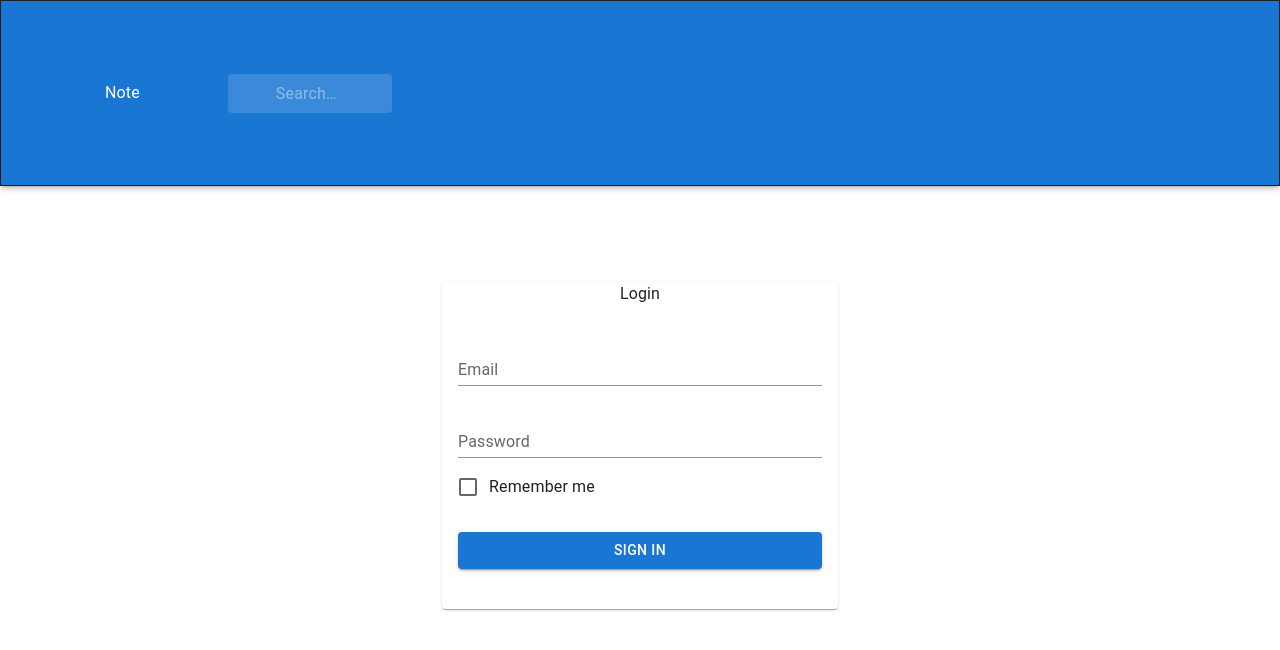
Repository: NGHIAVN1/Note
Page: /
An editor plug-in stored every save of this project. The page is shown before and after a run of saves, followed by the edit.
The browser window is 1280 px wide. The pictures show the whole page.
The project was rebuilt for these pictures with package versions that can differ from the ones it lists, and the page was loaded fresh each time. Also part of the build but not shown: vite.config.js, src/Register.jsx, src/Pet.jsx, src/useBreedList.jsx, src/SearchParams.jsx.

Above is the page before, as saved 2024-03-20 10:43:19.

### src/index.html
<!DOCTYPE html>
<html lang="en">

<head>
  <meta charset="UTF-8">
  <meta name="viewport" content="width=device-width, initial-scale=1.0">
  <meta http-equiv="X-UA-Compatible" content="ie=edge">
  <title>Adopt Me</title>
</head>

<body>
  <div id="root">not rendered</div>
  <script type="module" src="./App.jsx">
    // Your code is going to go here

  </script>
</body>

</html>

### src/App.jsx
import React, { StrictMode } from "react";
import "./Register";
import "./LoginPages";
import "./SearchParams";
import { createRoot } from "react-dom/client";
import SearchParams from "./SearchParams";
import RegisterUser from "./Register";
import LoginPage from "./LoginPages";
import Home from "./Home";

const App = () => {
  return (
    <div>
      <StrictMode>
        <Home />
        <LoginPage />
      </StrictMode>
    </div>
  );
};

const container = document.getElementById("root");
const root = createRoot(container);
root.render(
  <StrictMode>
    <App />
  </StrictMode>
);

### src/LoginPages.jsx
import {
  CardContent,
  CardHeader,
  CssBaseline,
  TextField,
  Typography,
} from "@mui/material";
import Container from "@mui/material/Container";
import Card from "@mui/material/Card";
import { dark } from "@mui/material/styles/createPalette";
import Box from "@mui/material/Box";
import FormControlLabel from "@mui/material/FormControlLabel";
import Button from "@mui/material/Button";
import Checkbox from "@mui/material/Checkbox";
import Grid from "@mui/material/Grid";
// const defaultTheme = createTheme();
const LoginPage = () => {
  return (
    <div>
      <Container component="main" maxWidth="xs">
        <CssBaseline />
        <Box
          sx={{
            marginTop: 8,
            display: "flex",
            flexDirection: "column",
            alignItems: "center",
          }}
        >
          <Card
            sx={{
              marginTop: 4,
              display: "flex",
              flexDirection: "column",
              alignItems: "center",
            }}
          >
            <Typography sx={{ frontSize: 20 }} color={dark}>
              Login
            </Typography>
            <Box component="form" submit>
              <CardContent>
                <TextField
                  variant="standard"
                  label="Email"
                  fullWidth
                  margin="normal"
                  id="password"
                />
                <TextField
                  variant="standard"
                  id="password"
                  label="Password"
                  fullWidth
                  margin="normal"
                />
                <FormControlLabel
                  control={<Checkbox value="remember" color="primary" />}
                  label="Remember me"
                />
                <Button
                  type="submit"
                  fullWidth
                  variant="contained"
                  sx={{ mt: 3, mb: 2 }}
                >
                  Sign In
                </Button>
              </CardContent>
            </Box>
          </Card>
        </Box>
      </Container>
    </div>
  );
};
export default LoginPage;

### src/Home.jsx
import Header from "./header";
const Home = () => {
  return (
    <div>
      <Header />
    </div>
  );
};
export default Home;

### src/header.jsx
import * as React from "react";
import { Box, Typography, AppBar } from "@mui/material";
import { styled, alpha } from "@mui/material/styles";
import Toolbar from "@mui/material/Toolbar";
import InputBase from "@mui/material/InputBase";
import SearchIcon from "@mui/icons-material/Search";
import MenuIcon from "@mui/icons-material/Menu";
import IconButton from "@mui/material/IconButton";
const Search = styled("div")(({ theme }) => ({
  position: "static",
  borderRadius: theme.shape.borderRadius,
  backgroundColor: alpha(theme.palette.common.white, 0.15),
  "&:hover": {
    backgroundColor: alpha(theme.palette.common.white, 0.25),
  },
  marginLeft: 0,
  width: "100%",
  [theme.breakpoints.up("sm")]: {
    marginLeft: theme.spacing(1),
    width: "auto",
  },
}));

const SearchIconWrapper = styled("div")(({ theme }) => ({
  padding: theme.spacing(0, 2),
  height: "100%",
  position: "absolute",
  pointerEvents: "none",
  display: "flex",
  alignItems: "center",
  justifyContent: "center",
}));

const StyledInputBase = styled(InputBase)(({ theme }) => ({
  color: "inherit",
  width: "100%",
  "& .MuiInputBase-input": {
    padding: theme.spacing(1, 1, 1, 0),
    // vertical padding + font size from searchIcon
    paddingLeft: `calc(1em + ${theme.spacing(4)})`,
    transition: theme.transitions.create("width"),
    [theme.breakpoints.up("sm")]: {
      width: "12ch",
      "&:focus": {
        width: "20ch",
      },
    },
  },
}));
const Header = () => {
  return (
    <div>
      <Box
        sx={{
          flexGrow: 3,
          border: 1,
        }}
      >
        <AppBar
          position="static"
          sx={{
            flexGrow: 2,
          }}
        >
          <Toolbar>
            <Typography
              position={"relative"}
              sx={{
                padding: 10,
              }}
            >
              Note
            </Typography>
            <Search>
              <SearchIconWrapper>
                <searchIcon />
              </SearchIconWrapper>
              <StyledInputBase
                placeholder="Search…"
                inputProps={{ "aria-label": "search" }}
              />
            </Search>
          </Toolbar>
        </AppBar>
      </Box>
    </div>
  );
};
export default Header;

After the next 2 saves:
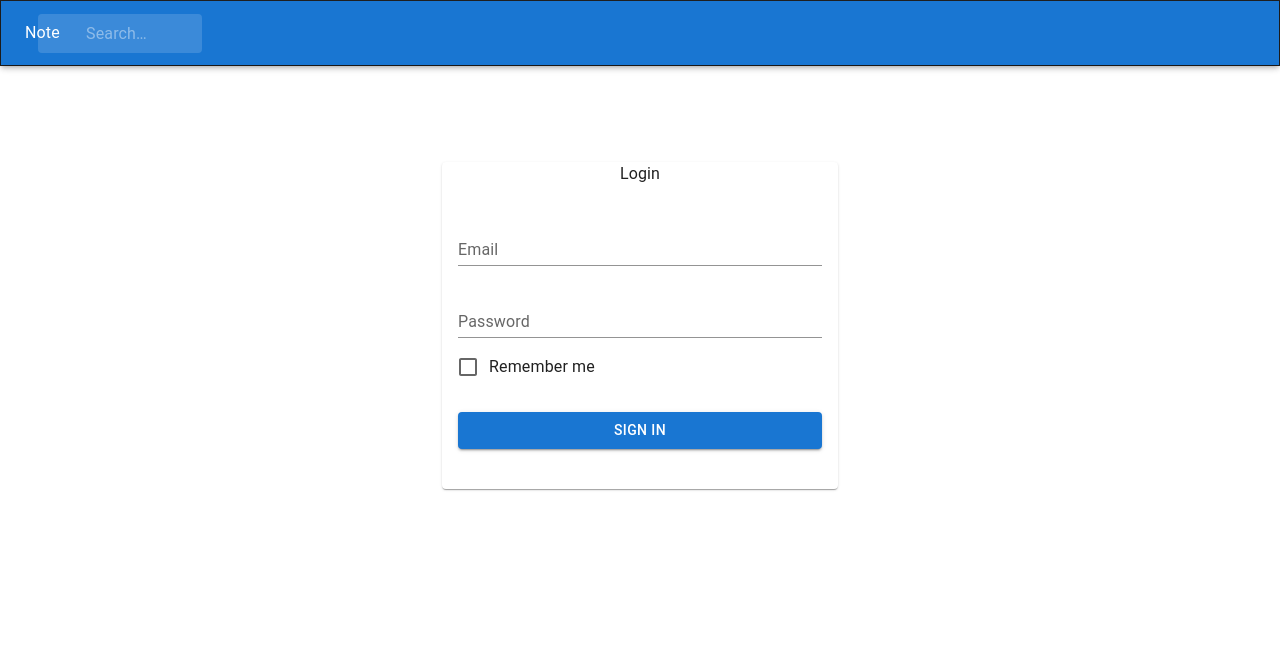
The 2 saves are shown as one change because 1 did not build or start.
The last was saved 43 s later.
--- a/src/header.jsx
+++ b/src/header.jsx
@@ -66,7 +66,7 @@ const Header = () => {
             <Typography
               position={"relative"}
               sx={{
-                padding: 10,
+                width: 5,
               }}
             >
               Note
